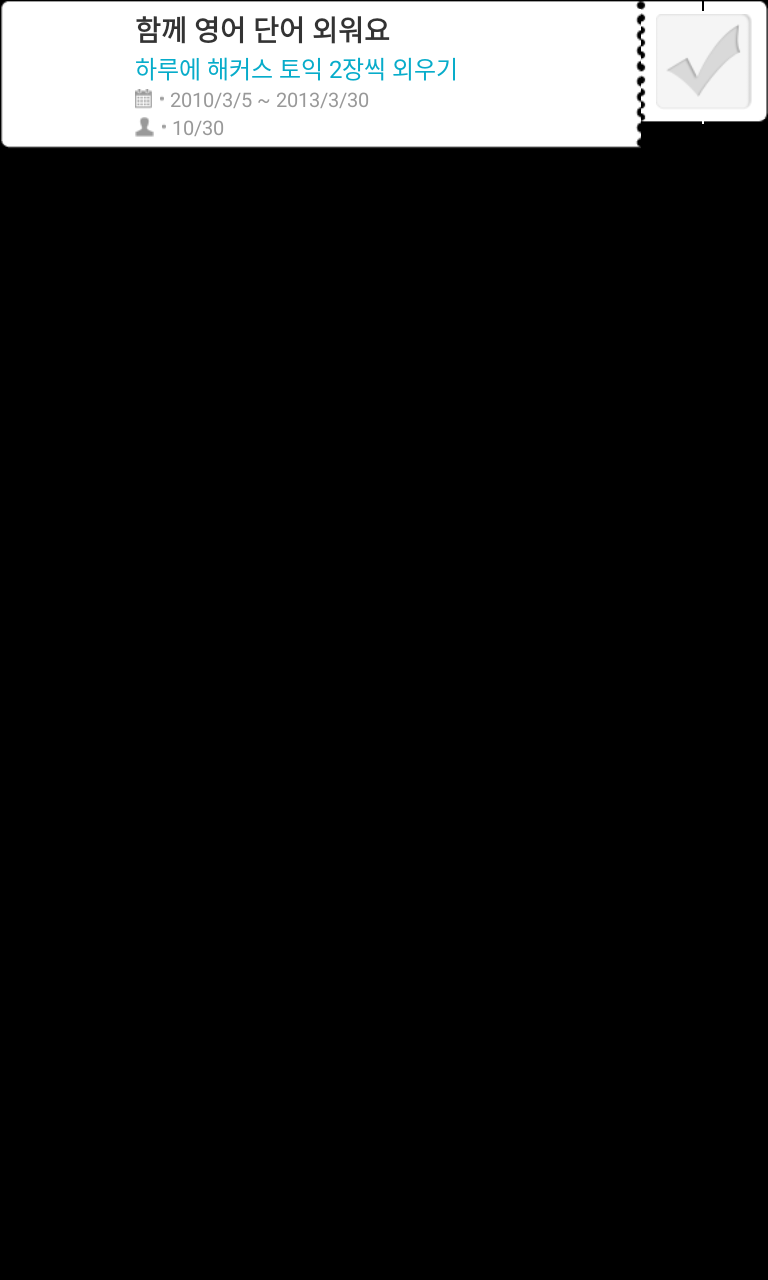
Repository: belhyun/witherest-android
Layout: Witherest/res/layout/mycheck_list_item_row.xml
The author's editor kept a copy of each file at every save. The layout is drawn from the files as they stood at one save, then again after the next save.
It is drawn on a 768 x 1280 px phone screen (xhdpi) without system bars, with theme android:Theme.Holo; the app's code is not run.

Above is the layout before, as saved 2013-07-06 09:36:28.

After the next save:
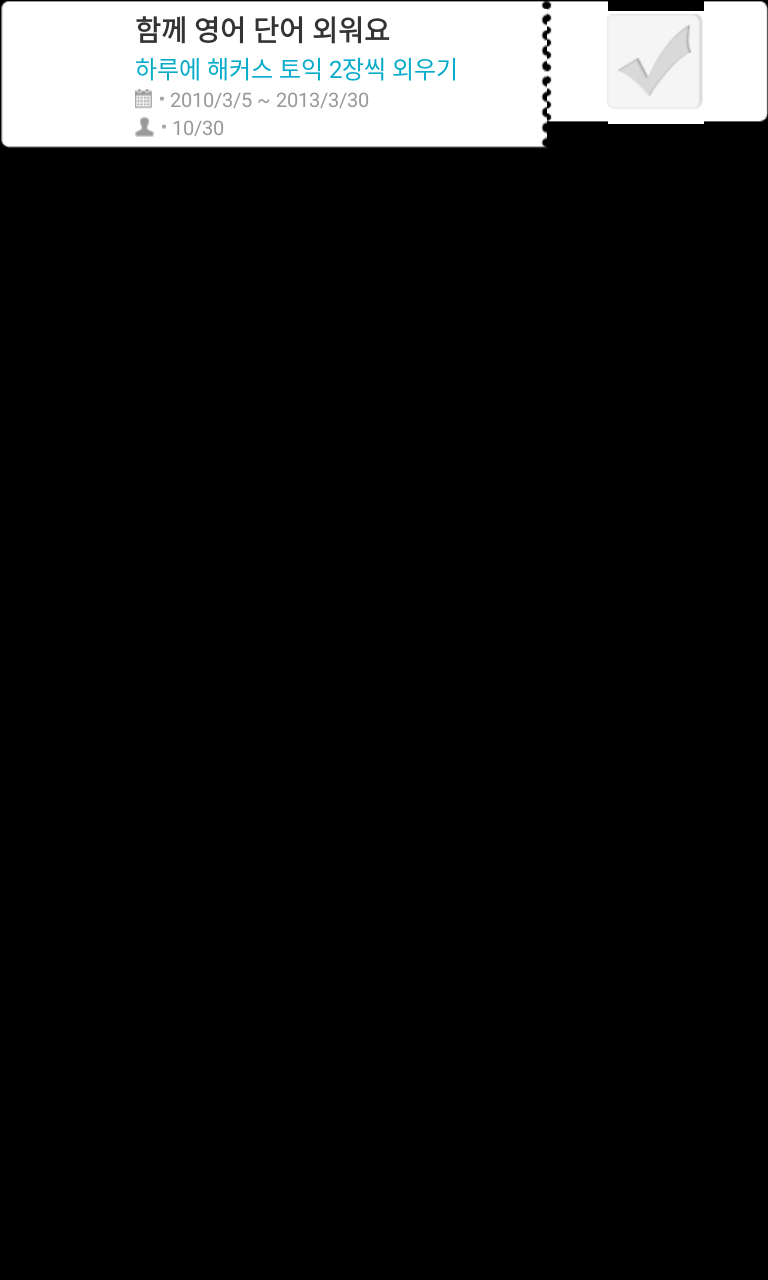
Saved 29 s later.
--- a/Witherest/res/layout/mycheck_list_item_row.xml
+++ b/Witherest/res/layout/mycheck_list_item_row.xml
@@ -138,7 +138,8 @@
             android:layout_alignParentTop="true"
             android:background="@drawable/main_checkbutton_bg2"
             android:gravity="center"
-            android:padding="3dp" >
+              android:paddingBottom="4dp"
+            android:paddingTop="4dp" >
 
             <CheckBox
                 android:id="@+id/mycheck_check_btn"

After the save that followed:
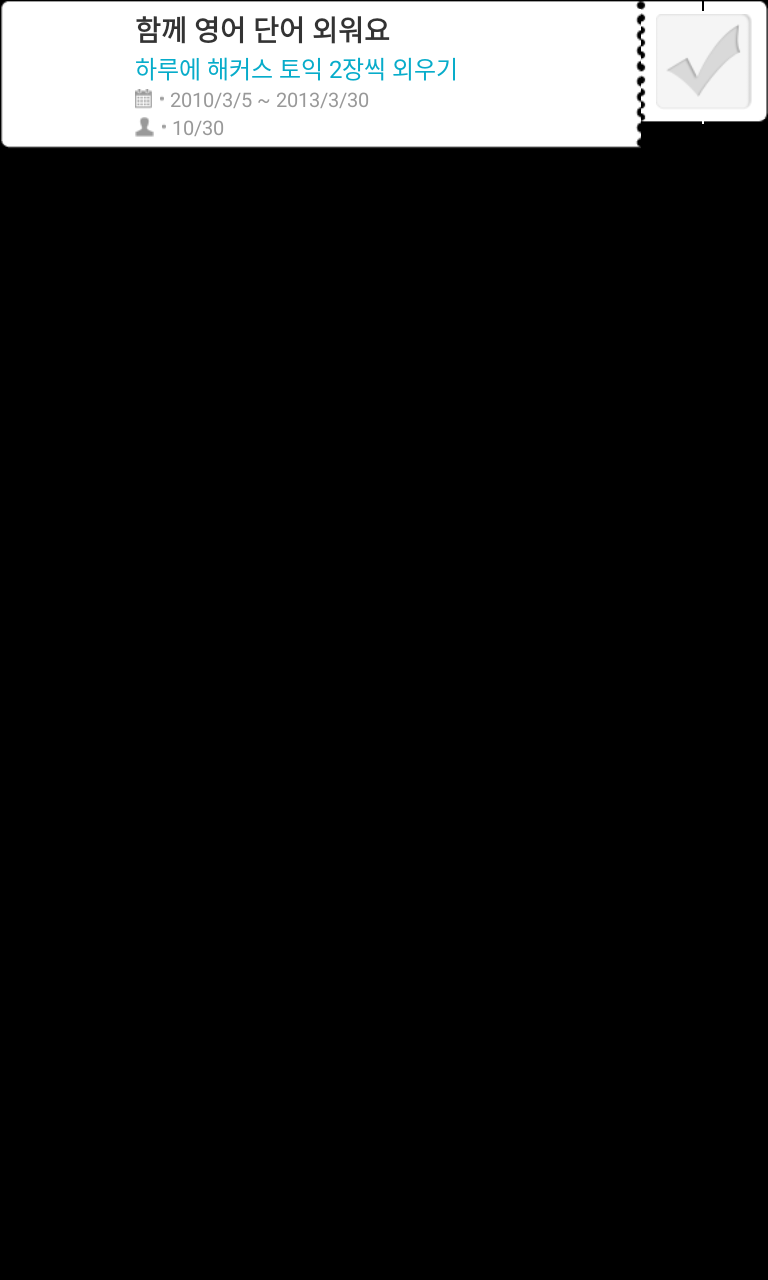
Saved 6 s later.
--- a/Witherest/res/layout/mycheck_list_item_row.xml
+++ b/Witherest/res/layout/mycheck_list_item_row.xml
@@ -138,8 +138,7 @@
             android:layout_alignParentTop="true"
             android:background="@drawable/main_checkbutton_bg2"
             android:gravity="center"
-              android:paddingBottom="4dp"
-            android:paddingTop="4dp" >
+            android:padding="3dp" >
 
             <CheckBox
                 android:id="@+id/mycheck_check_btn"
